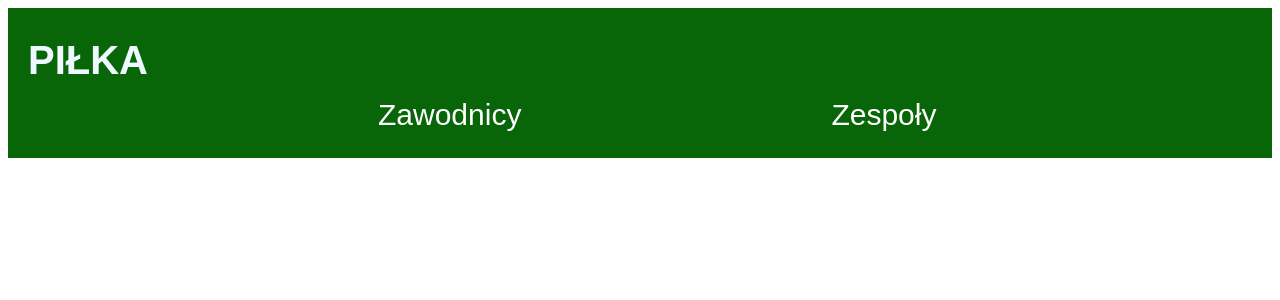
Repository: ZABA78/PAZW
Page: index.html
The author's editor kept a copy of each file at every save. The page is drawn from the files as they stood at one save, then again after the next save.
The browser window is 1280 px wide. The pictures show the whole page.
Some web fonts or font styles are not loaded; a fallback is used.

Above is the page before, as saved 2023-10-17 14:22:17.

After the next save:
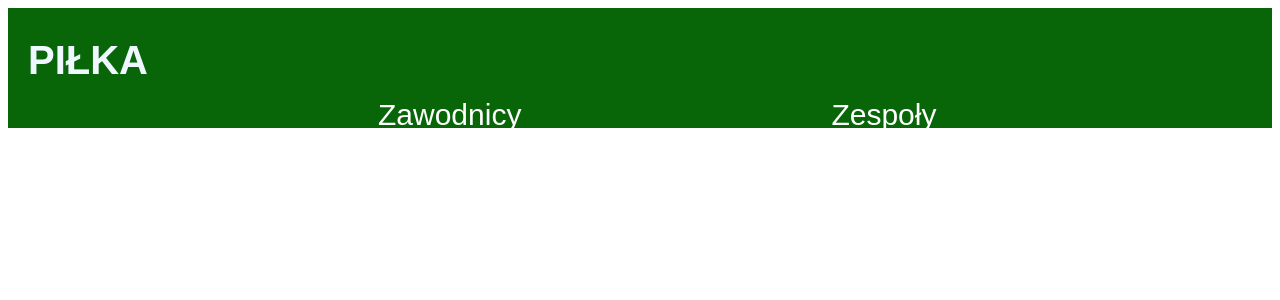
Saved 23 s later.
--- a/style.css
+++ b/style.css
@@ -16,7 +16,7 @@ h1
 header
 {
     background-color: rgb(8, 102, 8);
-    height: 150px;
+    height: 120px;
     color: aliceblue;
     display: flex;
     flex-direction: row;
